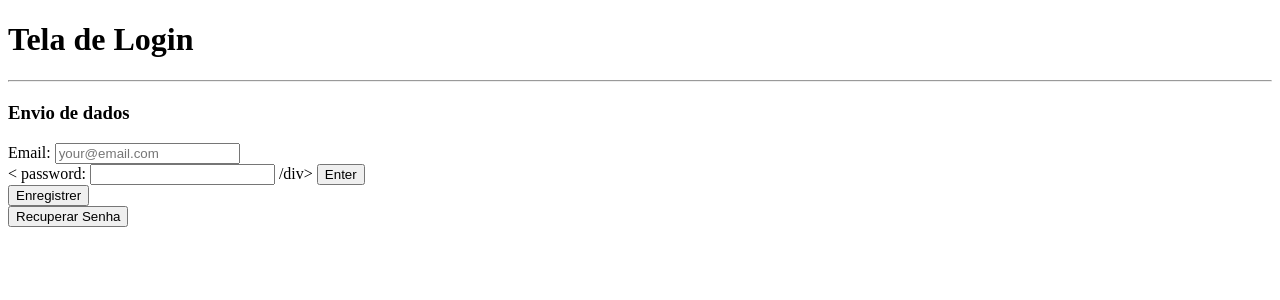
Repository: MarcioFreitasUFSC21/FrontEnd-part-1
Page: index.html
These files come from the project's save history. The page is drawn as it stood at one moment and after the next save; the edit follows.
The browser window is 1280 px wide. The pictures show the whole page.

Above is the page before, as saved 2023-04-22 19:52:27.

### index.html
<!DOCTYPE html>
<html lang="pt-br>
<head>
    <meta charset="UTF-8">
    <meta http-equiv="X-UA-Compatible" content="IE=edge">
    <meta name="viewport" content="width=device-width, initial-scale=1.0">
    <title>Controle Gastos</title>
</head>
<body>
    <h1> Tela de Login </h1>
    <hr>
    <form>
        <div>
            <h2>
                <h3> Envio de dados</h3>
                    <div>
                        <label type = "email"> Email: </label> <input type = "email" placeholder="your@email.com" ></input>
                        <div><
                        <label type = "password"> password: </label> <input type = "password"> </input>
                        /div>
                        <button type = "button" action = "save" onclick="alert('exemple')"> Enter</button>
                    </div>
                <div>
                    <button  type = "button  class = "solid">Enregistrer</button>
                </div>
                <div>
                    <button type = "button" class = "outline">Recuperar Senha</button>
                </div>



            </h2>
        </div>
    </form>
</body>
</html>

After the next save:
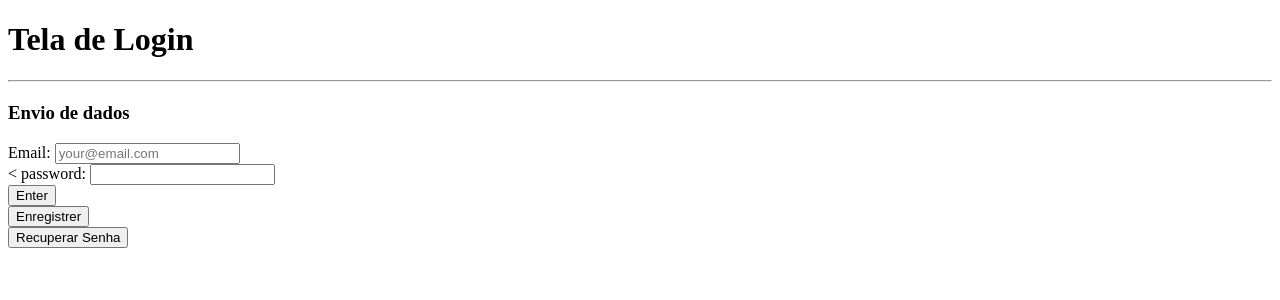
Saved 5 s later.
--- a/index.html
+++ b/index.html
@@ -17,7 +17,7 @@
                         <label type = "email"> Email: </label> <input type = "email" placeholder="your@email.com" ></input>
                         <div><
                         <label type = "password"> password: </label> <input type = "password"> </input>
-                        /div>
+                        </div>
                         <button type = "button" action = "save" onclick="alert('exemple')"> Enter</button>
                     </div>
                 <div>
